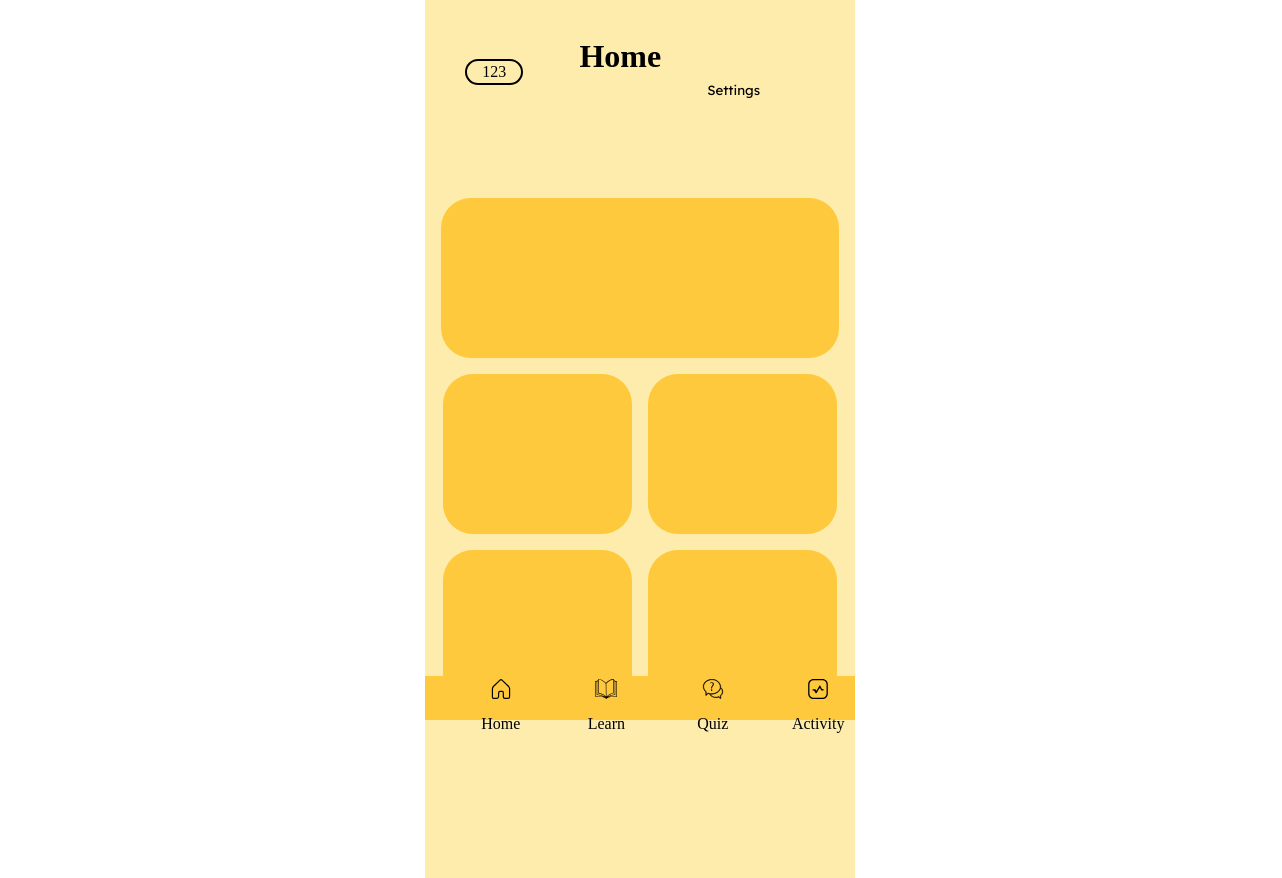
Repository: kellyzyhuang/HiveFive
Page: /
These files come from the project's save history. The page is drawn as it stood at one moment and after a run of saves; the edit follows.
The browser window is 1280 px wide. The page is 1282 px wide, so the pictures cover 1282 px, including what lies to the right of the window. The pictures show the whole page.
Some web fonts or font styles are not loaded; a fallback is used. The project was rebuilt for these pictures with package versions that can differ from the ones it lists, and the page was loaded fresh each time. The framework's server and built-in components were replaced by stand-ins that run in the browser. Also part of the build but not shown: next.config.js.

Above is the page before, as saved 2024-04-07 23:10:24.

### pages/index.js
import Head from 'next/head'
import Image from 'next/image'
import styles from '@/styles/Home.module.css'
import Header from '@/components/Header';
import NavBar from '@/components/NavBar';
export default function Home() {
  return (
    <>
      <Head>
        <title>Hive Five</title>
        <meta name="description" content="Save the bees one question at a time" />
        <meta name="viewport" content="width=device-width, initial-scale=1" />
        <link rel="icon" href="/favicon.ico" />
        <link rel="preconnect" href="https://fonts.googleapis.com"/>
        <link rel="preconnect" href="https://fonts.gstatic.com" crossorigin/>
        <link href="https://fonts.googleapis.com/css2?family=Besley:ital,wght@0,400..900;1,400..900&family=Lexend:wght@100..900&display=swap" rel="stylesheet"></link>
      </Head>
      <main className={styles.main}>
        <div className={styles.screen}>
          <Header title="Home"/>
          <div className={styles.buffer}></div>
            <img/>
            <div className={styles.activityGraph}></div>
            <div className={styles.gallery}>
              <div className={styles.item}></div>
              <div className={styles.item}></div>
              <div className={styles.item}></div>
              <div className={styles.item}></div>
            </div>
            <NavBar className={styles.nav}/>
        </div>
      </main>
    </>
  )
}

### styles/globals.css
:root {
  --secondary-color: #FEECAC;
  --accent-color: #FFC93D;
  --tertiary-color: #4D6A58;
  --black-text: #0000;
  --incorrect: #851313;
  --correct: #1E3E19;
  --shadow: #D5D1A7;
}

### styles/Home.module.css
.main {
  display: flex;
  justify-content: center;
  background-color: var(--black-text);
  min-height: 100vh;
  margin: -10px;
}

.screen {
  width: 430px;
  height: 100%;
  background-color: var(--secondary-color);
  display: flex;
  justify-content: center;
  flex-wrap: wrap;
}

.buffer{
  height: 10rem;
  width: 100%;
}

.screen img {
  background-color: var(--accent-color);
  width: 100%;
  border-radius: 30px;
  margin: 1rem;
}

.activityGraph {
  width: 100%;
  border-radius: 30px;
  height: 10rem;
  background-color: var(--accent-color);
  margin: 0.5rem 1rem;
}

.gallery {
  display: flex;
  flex-wrap: wrap;
  justify-content: center;
  width: 100%;
  margin-bottom: 10rem;
}

.item {
  width: 44%;
  height: 10rem;
  background-color: var(--accent-color);
  border-radius: 30px;
  margin: 0.5rem;
}

.nav {
  background-color: var(--accent-color);
  height: 9rem;
  width: 430px;
  position: fixed;
  bottom: 0;
  z-index: 1000;
}

### components/Header/index.js
import styles from './Header.module.css';
import Image from 'next/image';
import Link from 'next/link';

export default function Header({ title }) {
  return(
    <header className={styles.header}>
      {/* <Image src="/images/bee.png" alt="bee icon" width={1} height={1}/>  */}
      {/* exit button will be here */}
      <ul className={styles.list}>
        <li className={styles.listItem}>
          <div className={styles.counter}>123</div>
        </li>
        <li className={styles.listItem}>
          <h1 className={styles.pageTitle}>{title}</h1>
        </li>
        <li className={styles.listItem}>
          <button className={styles.settings}><Link href="/Settings"><Image className={styles.settingsImg}/>Settings</Link></button>
        </li>
      </ul>
    </header>
  )
}

### components/NavBar/index.js
import styles from "./NavBar.module.css";
import Link from "next/link";
import Image from "next/image";

export default function NavBar(){
    return(
        <nav className={styles.navBar}>
            <div className={styles.navMenu}>{/* will add */}
            <ul className={styles.navList}>
                <li className={styles.home}>
                    <Link href="/">
                        <div className={styles.iconLabel}>
                            <Image className={styles.navIcon} src={"/images/home_icon.svg"} width={20} height={20}/>
                            <span className={styles.label}>Home</span>
                        </div>
                    </Link>
                </li>
                <li className={styles.learnMore}>
                    <Link href="/">
                        <div className={styles.iconLabel}>
                            <Image className={styles.navIcon} src={"/images/learn_more_icon.svg"} width={20} height={20}/>
                            <span className={styles.label}>Learn</span>
                        </div>
                    </Link>
                </li>
                <li className={styles.quiz}>
                    <Link href={'/Quiz'}>
                        <div className={styles.iconLabel}>
                            <Image className={styles.navIcon} src={"/images/quiz_icon.svg"} width={20} height={20}/>
                            <span className={styles.label}>Quiz</span>
                        </div>
                    </Link>
                </li>
                <li className={styles.activity}>
                    <Link href="/Activity">
                        <div className={styles.iconLabel}>
                            <Image className={styles.navIcon} src={"/images/activity_icon.svg"} width={20} height={20}/>
                            <span className={styles.label}>Activity</span>
                        </div>
                    </Link>
                </li>
            </ul>
            </div>
        </nav>
    )
}

### components/Header/Header.module.css
.header {
  background-color: var(--secondary-color);
  height:7rem;
  width: 430px;
  position: fixed;
  top: 0;
  z-index: 1000;
  display: flex;
}

.list {
  list-style-type: none;
  display: flex;
  justify-content: space-between;
  align-items: center;
}

.pageTitle {
  font-size: 2rem;
  width: 100%;
  transform: translate(-0.5rem);
  font-family: 'Besley', serif;
}

.counter {
  border: 2px solid black;
  width: 3rem;
  height: 1rem;
  padding: 0.2rem;
  margin-right: 4rem;
  border-radius: 20px;
  background-color: none;
  display: flex;
  justify-content: center;
  align-items: center;
  margin-top: 2rem;
}

.settings {
  transform: translate(2rem);
  margin-top: 2rem;
  margin-right: 15rem;
  background-color: inherit;
  border: none;
  font-family: 'Lexend', sans-serif;
}

.settings a{
  color: black;
  text-decoration: none;
}

### components/NavBar/NavBar.module.css
.navBar{
    background-color: var(--accent-color);
    color: var(--black-text);
    width: 430px;
    background-color: var(--accent-color);
    position: fixed;
    bottom: 0;
    z-index: 1000;
    justify-content: center;
    align-items: center;
}

.navIcon {
    width: 2rem;
}

.navList{
   display: flex;
   justify-content: space-around;
   margin: -1rem;
}

.label{
    color: black;
}

.activity a, .learnMore a, .quiz a, .home a{
    text-decoration: none;
}

.iconLabel{
    display: flex;
    flex-direction: column;
    justify-content: center;
    align-items: center;
    padding: 0.2rem;
}

Loaded but not shown: pages/_app.js (common file); pages/_document.js (common file)

After the next 2 saves:
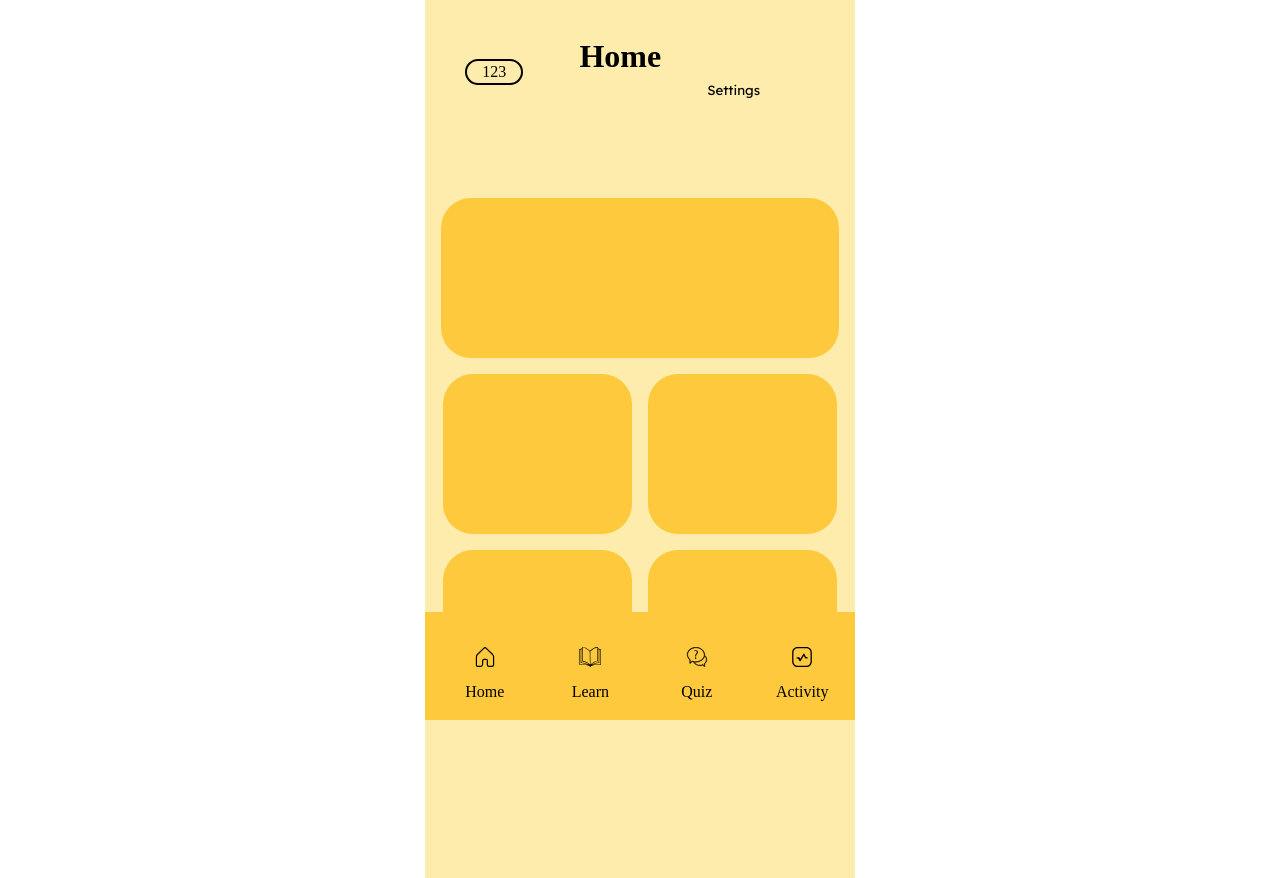
The 2 saves are shown as one change because they came seconds apart.
The last was saved 7 s later.
--- a/components/NavBar/NavBar.module.css
+++ b/components/NavBar/NavBar.module.css
@@ -17,7 +17,7 @@
 .navList{
    display: flex;
    justify-content: space-around;
-   margin: -1rem;
+   margin-left: -2rem;
 }
 
 .label{
